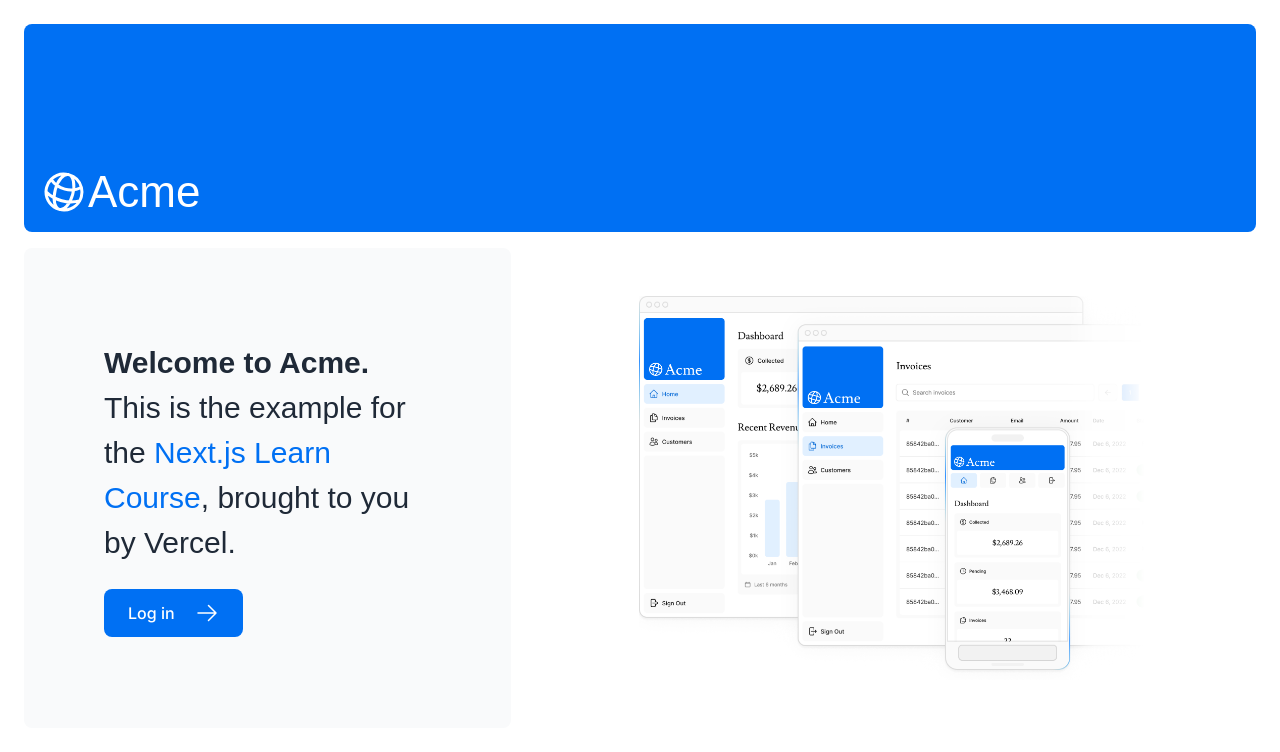
Repository: nooruddine/nfa-app
Page: /
The author's editor kept a copy of each file at every save. The page is drawn from the files as they stood at one save, then again after the next save.
The browser window is 1280 px wide. The pictures show the whole page.
Some web fonts or font styles are not loaded; a fallback is used. The project was rebuilt for these pictures with package versions that can differ from the ones it lists, and the page was loaded fresh each time. The framework's server and built-in components were replaced by stand-ins that run in the browser. Also part of the build but not shown: next.config.mjs.

Above is the page before, as saved 2024-09-01 16:28:01.

After the next save:
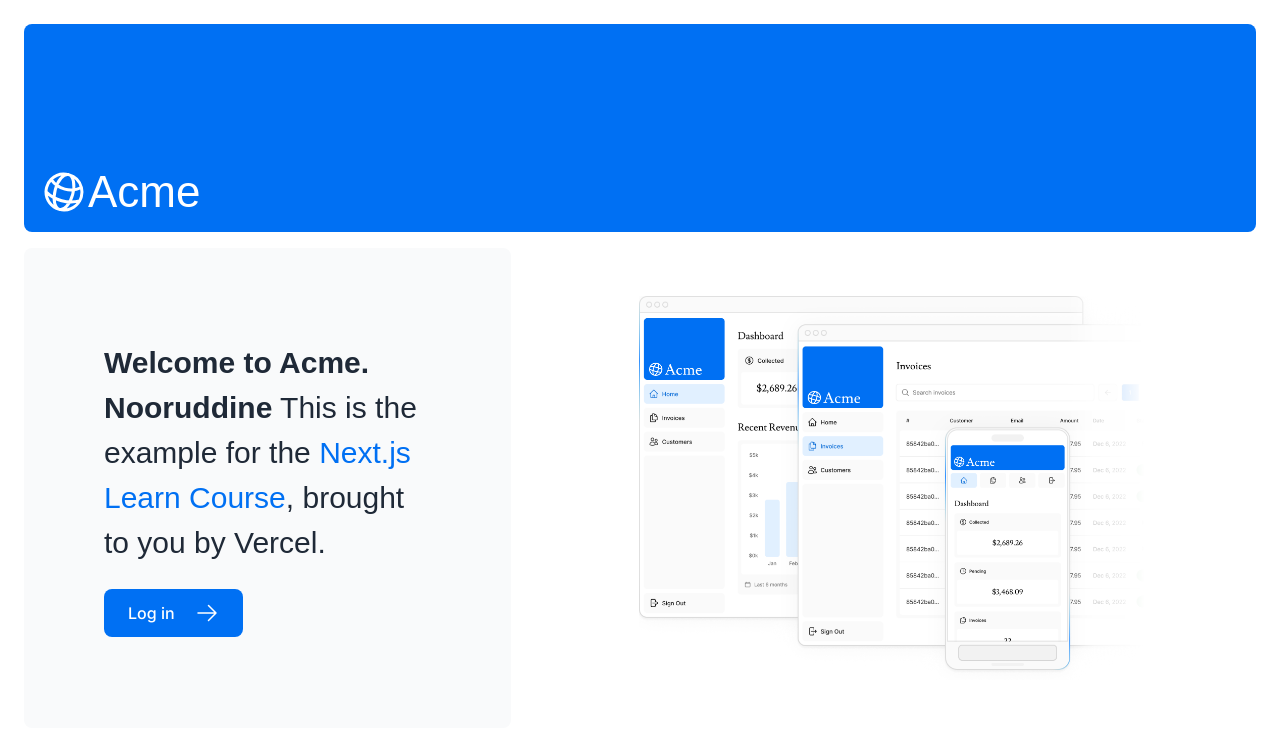
Saved 6 s later.
--- a/app/page.tsx
+++ b/app/page.tsx
@@ -16,7 +16,7 @@ export default function Page() {
           <p
             className={`text-xl text-gray-800 md:text-3xl md:leading-normal ${lusitana.className}`}
           >
-            <strong>Welcome to Acme. </strong> This is the example for the{" "}
+            <strong>Welcome to Acme. Nooruddine</strong> This is the example for the{" "}
             <a href="https://nextjs.org/learn/" className="text-blue-500">
               Next.js Learn Course
             </a>
